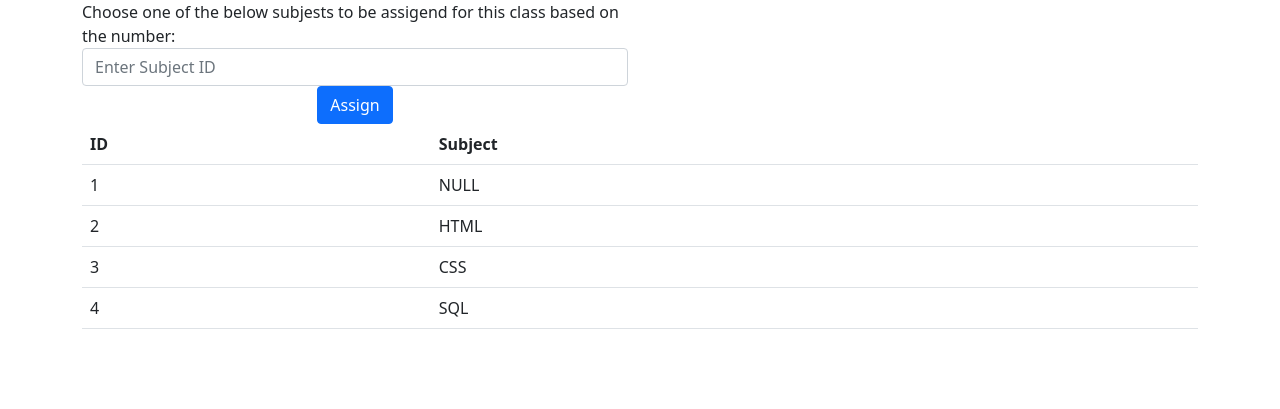
Repository: hossam141/Java_FSD_Vodafone_Project_1_Phase-2
Page: http://localhost/Admin_for_Learners__Academy/assignSub.jsp
The author's editor kept a copy of each file at every save. The page is drawn from the files as they stood at one save, then again after the next save.
The browser window is 1280 px wide. The pictures show the whole page.
The page is served by Tomcat 9.

Above is the page before, as saved 2023-02-28 20:32:30.

After the next save:
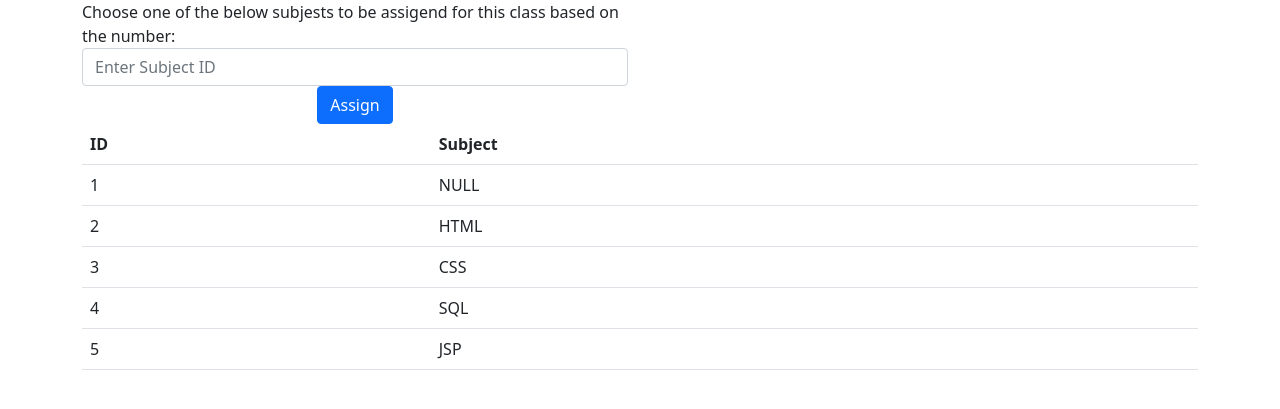
Saved 15 s later.
--- a/Admin_for_Learners_ Academy/src/main/webapp/assignSub.jsp
+++ b/Admin_for_Learners_ Academy/src/main/webapp/assignSub.jsp
@@ -56,6 +56,9 @@
 				<td>4</td>
 				<td>SQL</td>
 			</tr>
-
+			<tr>
+				<td>5</td>
+				<td>JSP</td>
+			</tr>
 </body>
 </html>
